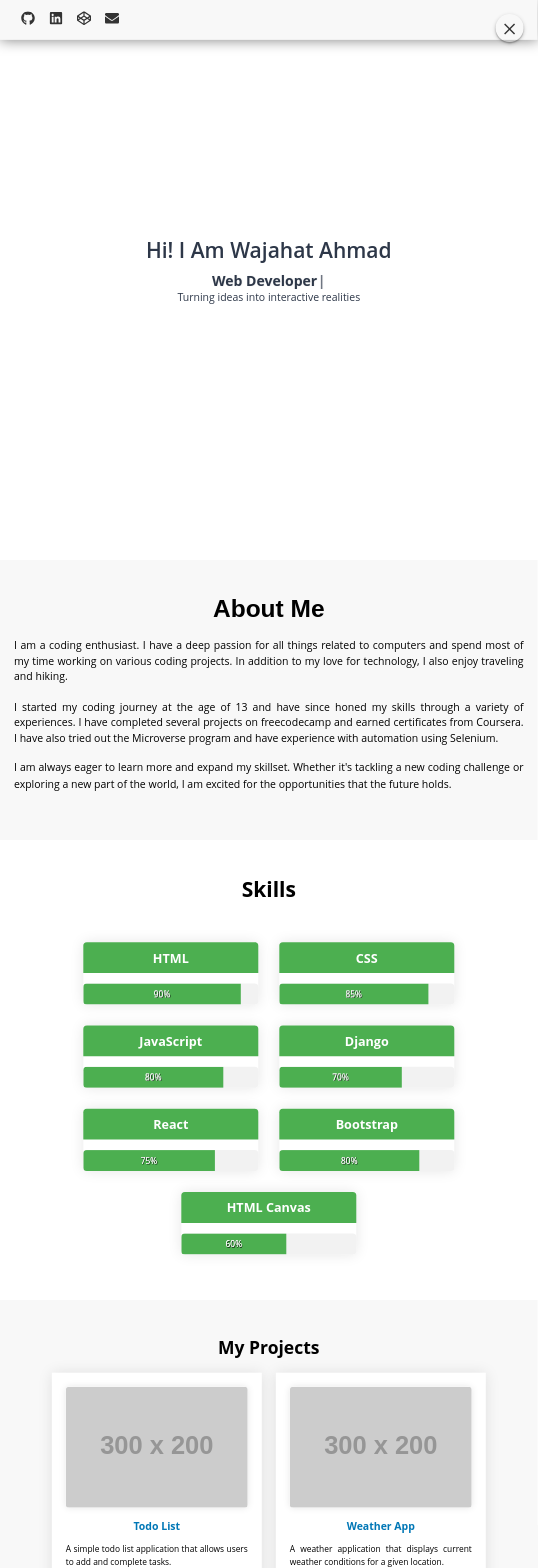
Repository: WajahatKanju/wajahatkanju.github.io
Page: /
These files come from the project's save history. The page is drawn as it stood at one moment and after the next save; the edit follows.
The browser window is 768 px wide. The pictures show the part of the page from y = 0 to 2240 px (the page is 3532 px tall), at 70% of full size.
The project was rebuilt for these pictures with package versions that can differ from the ones it lists, and the page was loaded fresh each time. Also part of the build but not shown: vite.config.js.

Above is the page before, as saved 2023-05-06 11:32:22.

### index.html
<!DOCTYPE html>
<html lang="en">
  <head>
    <meta charset="UTF-8" />
    <link rel="icon" type="image/svg+xml" href="./src/assets/favicon.svg" />
    <meta name="viewport" content="width=device-width, initial-scale=1.0" />
    <title>Wajahat Ahmad - Portfolio</title>
  </head>
  <body>
    <div id="root"></div>
    <script type="module" src="./src/main.jsx"></script>
  </body>
</html>

### src/App.jsx
import './styles/App.scss'
import Header from "./Header"
import Navigation from './Navigation'
import About from './About'
import ContactForm from './ContactForm'
import Skills from './Skills'
import Projects from './Projects'

function App() {

  return (
    <>
    <Navigation />
    <Header />
    <About />
    <Skills />
    <Projects />
    <ContactForm />
    </>
  )
}

export default App

### src/styles/App.scss
/* Reset */
*, *::before, *::after {
  margin: 0;
  padding: 0;
  box-sizing: border-box;
}

/* Set base font size */
html {
  font-size: 62.5%; /* 1rem = 10px */
}

/* Base styles */
body {
  font-family: 'Open Sans', sans-serif;
  font-size: 1.6rem; /* 16px */
  overflow-x: hidden;
}

section:nth-of-type(2n - 1){
  background-color: #F8F8F8;
}

/* Media queries */
@media screen and (max-width: 599px) {
  /* Small screens */
  body {
    font-size: 1.2rem; /* 12px */
  }
}

@media screen and (min-width: 600px) and (max-width: 991px) {
  /* Mobile and tablet styles */
  body {
    font-size: 1.4rem; /* 14px */
  }
}

@media screen and (min-width: 992px) and (max-width: 1199px) {
  /* Medium desktop styles */
  body {
    font-size: 1.8rem; /* 18px */
  }
}

@media screen and (min-width: 1200px) and (max-width: 1599px) {
  /* Large desktop styles */
  html {
    font-size: 80%; /* 1rem = 8px */
  }
  body {
    font-size: 2rem; /* 20px */
  }
}

@media screen and (min-width: 1600px) {
  /* Extra large desktop styles */
  html {
    font-size: 100%; /* 1rem = 10px */
  }
  body {
    font-size: 2.2rem; /* 22px */
  }
}

### src/Header.jsx
import { useEffect } from "react";
import Typewriter from "typewriter-effect/dist/core";
import "./styles/Header.scss";

import ImageParticleAnimation from "./ImageParticleAnimation";

function Header() {
  useEffect(() => {
    const typewriter = new Typewriter("#typewriter", {
      strings: ["Web Designer", "Web Developer", "Full Stack Developer"],
      loop: true,
      delay: 80,
      autoStart: true,
    });

    typewriter.start();
  }, []);


  return (
    <header className="header">
      <div className="header__left">
        <h1>Hi! I Am Wajahat Ahmad</h1>
        <p id="typewriter"></p>
        <h3>Turning ideas into interactive realities</h3>
      </div>
      <div className="header__right">
        <ImageParticleAnimation />
      </div>
    </header>
  );
}

export default Header;

### src/Navigation.jsx
import { useState } from 'react';
import { FaGithub, FaLinkedin, FaCodepen, FaEnvelope } from 'react-icons/fa';
import './styles/Navigation.scss';

function Navigation() {
  const [menuOpen, setMenuOpen] = useState(false);

  const handleMenuClick = () => {
    setMenuOpen(!menuOpen);
  };
  return (
    <nav className="navigation">

      <div className={`navigation__left`}>
        <a href="https://github.com/WajahatKanju" target="_blank" rel="noopener noreferrer">
          <FaGithub />
        </a>
        <a href="https://www.linkedin.com/in/wajahat-ahmad-5b493b181/" target="_blank" rel="noopener noreferrer">
          <FaLinkedin />
        </a>
        <a href="https://codepen.io/wajahatahmad" target="_blank" rel="noopener noreferrer">
          <FaCodepen />
        </a>
        <a href="mailto:wajahat5ahmad@gmail.com">
          <FaEnvelope />
        </a>
      </div>
      <ul className={`navigation__right ${menuOpen ? 'active' : ''}`}>
        <li> <a href="#">Home </a> </li>
        <li> <a href="#about">About</a></li>
        <li> <a href="#skills">Skills </a></li>
        <li> <a href="#projects">Projects </a></li>
        <li> <a href="#contact">Contact </a></li>
      </ul>
      <div className={`navigation-button ${menuOpen ? '' : 'active'}`} onClick={handleMenuClick}>
        <div className="navigation__menu-icon">
          <div className="navigation__menu-line"></div>
          <div className="navigation__menu-line"></div>
          <div className="navigation__menu-line"></div>
        </div>
      </div>
    </nav>
  );
}

export default Navigation;

### src/About.jsx
import "./styles/About.scss";

function About() {
  return (
    <section className="about"id="about">
      <div className="about__me--container">
        <h2>About Me</h2>
        <p>
          I am a coding enthusiast. I have a deep passion for all things related
          to computers and spend most of my time working on various coding
          projects. In addition to my love for technology, I also enjoy
          traveling and hiking.
        </p>
        <p>
          I started my coding journey at the age of 13 and have since honed my
          skills through a variety of experiences. I have completed several
          projects on freecodecamp and earned certificates from Coursera. I have
          also tried out the Microverse program and have experience with
          automation using Selenium.
        </p>
        <p>
          I am always eager to learn more and expand my skillset. Whether
          it&apos;s tackling a new coding challenge or exploring a new part of
          the world, I am excited for the opportunities that the future holds.
        </p>
      </div>
    </section>
  );
}

export default About;

### src/ContactForm.jsx
import { useState } from "react";

import "./styles/ContactForm.scss";

function ContactForm() {
  const [name, setName] = useState("");
  const [email, setEmail] = useState("");
  const [message, setMessage] = useState("");

  const handleSubmit = (e) => {
    e.preventDefault();
    // handle form submission logic here
  };

  return (
    <section className="contact__form">
      <div className="contact__form__container">
        <h2 className="form__header">Contact Me</h2>
        <form onSubmit={handleSubmit}>
          <label htmlFor="name">Name:</label>
          <input
            type="text"
            id="name"
            name="name"
            value={name}
            onChange={(e) => setName(e.target.value)}
            required
          />

          <label htmlFor="email">Email:</label>
          <input
            type="email"
            id="email"
            name="email"
            value={email}
            onChange={(e) => setEmail(e.target.value)}
            required
          />

          <label htmlFor="message">Message:</label>
          <textarea
            id="message"
            name="message"
            value={message}
            onChange={(e) => setMessage(e.target.value)}
            required
          />

          <button type="submit">Submit</button>
        </form>
      </div>
    </section>
  );
}

export default ContactForm;

### src/Skills.jsx
import "./styles/Skills.scss";

function Skills() {
  return (
    <section className="skills">
      <h2 className="skills__header">Skills</h2>

      <div className="skills__container">
        <div className="skill">
          <h3 className="skill__name">HTML</h3>
          <div className="skill__bar">
            <div className="skill__fill" style={{ width: "90%" }}>
              <span className="skill__percent">90%</span>
            </div>
          </div>
        </div>

        <div className="skill">
          <h3 className="skill__name">CSS</h3>
          <div className="skill__bar">
            <div className="skill__fill" style={{ width: "85%" }}>
              <span className="skill__percent">85%</span>
            </div>
          </div>
        </div>

        <div className="skill">
          <h3 className="skill__name">JavaScript</h3>
          <div className="skill__bar">
            <div className="skill__fill" style={{ width: "80%" }}>
              <span className="skill__percent">80%</span>
            </div>
          </div>
        </div>

        <div className="skill">
          <h3 className="skill__name">Django</h3>
          <div className="skill__bar">
            <div className="skill__fill" style={{ width: "70%" }}>
              <span className="skill__percent">70%</span>
            </div>
          </div>
        </div>

        <div className="skill">
          <h3 className="skill__name">React</h3>
          <div className="skill__bar">
            <div className="skill__fill" style={{ width: "75%" }}>
              <span className="skill__percent">75%</span>
            </div>
          </div>
        </div>

        <div className="skill">
          <h3 className="skill__name">Bootstrap</h3>
          <div className="skill__bar">
            <div className="skill__fill" style={{ width: "80%" }}>
              <span className="skill__percent">80%</span>
            </div>
          </div>
        </div>

        <div className="skill">
          <h3 className="skill__name">HTML Canvas</h3>
          <div className="skill__bar">
            <div className="skill__fill" style={{ width: "60%" }}>
              <span className="skill__percent">60%</span>
            </div>
          </div>
        </div>
      </div>
    </section>
  );
}

export default Skills;

### src/Projects.jsx
import './styles/Projects.scss';

const Projects = () => {
  const projects = [
    {
      id: 1,
      title: 'Todo List',
      description: 'A simple todo list application that allows users to add and complete tasks.',
      image: 'https://via.placeholder.com/300x200',
      link: 'https://www.example.com/todolist'
    },
    {
      id: 2,
      title: 'Weather App',
      description: 'A weather application that displays current weather conditions for a given location.',
      image: 'https://via.placeholder.com/300x200',
      link: 'https://www.example.com/weatherapp'
    },
    {
      id: 3,
      title: 'E-commerce Store',
      description: 'An online store that allows users to browse and purchase products.',
      image: 'https://via.placeholder.com/300x200',
      link: 'https://www.example.com/ecommerce'
    },
    {
      id: 4,
      title: 'Recipe App',
      description: 'A recipe application that displays a list of recipes and allows users to search and filter them.',
      image: 'https://via.placeholder.com/300x200',
      link: 'https://www.example.com/recipeapp'
    }
  ];

  return (
    <section className="projects" id="projects">
      <h2>My Projects</h2>
      <div className="project-list">
        {projects.map(project => (
          <div className="project" key={project.id}>
            <img src={project.image} alt={project.title} />
            <h3>{project.title}</h3>
            <p>{project.description}</p>
            <a href={project.link}>View Project</a>
          </div>
        ))}
      </div>
    </section>
  );
};

export default Projects;

### src/styles/Header.scss
.header {
  display: flex;
  padding: 2rem 5rem;

  justify-content: space-around;
  align-items: center;
  min-height: 100vh;
  color: #2d3748;
  position: relative;
  z-index: 10;
  flex: 1 1 auto;


  img{
    display: block;

  }

  &__left {
    h1 {
      font-size: 3rem;
      font-weight: 600;
      text-align: center;
      margin-bottom: 1rem;

      span {
        display: inline-block;

        &.animate__bounce:hover {
          animation-name: jelly;
          animation-duration: 1s;
          animation-fill-mode: both;
          animation-iteration-count: infinite;
        }
      }
    }

    h3 {
      font-size: 1.5rem;
      font-weight: 400;
      text-align: center;
      margin-bottom: 3rem;
    }

    #typewriter {
      text-align: center;
      font-size: 2rem;
      font-weight: bold;
      text-shadow: 0.0625rem 0.0625rem 0.1875rem rgba(0, 0, 0, 0.1);
    }
  }

  &__right{
      display: flex;
      justify-content: center;
      align-items: center;
      flex: 1 1 auto;
  }

  @media screen and (max-width: 768px) {
    flex-direction: row;
    justify-content: center;
    align-items: center;
    min-height: 100vh;
    padding: 2rem 5rem;

    &__left {
      margin-bottom: 0;

      h1 {
        text-align: center;

      }

      h3 {
        text-align: center;
      }

      #typewriter {
        text-align: center;
      }
    }

    &__right {
      display: none;
    }
  }
}


@keyframes jelly {
  0%,
  100% {
    transform: scale(1);
  }
  25% {
    transform: scale(0.9, 1.1);
  }
  50% {
    transform: scale(1.1, 0.9);
  }
  75% {
    transform: scale(0.95, 1.05);
  }
}

### src/ImageParticleAnimation.jsx
import { useEffect, useRef } from "react";
import cartoonMe from "./assets/cartoon.png";

export default function ImageParticleAnimation() {

  // eslint-disable-next-line react-hooks/exhaustive-deps
  const png = new Image();
  png.src = cartoonMe;
  const canvasRef = useRef();

  useEffect(() => {
    const canvas = canvasRef.current;
    const ctx = canvas.getContext("2d");

    canvas.width = innerWidth;
    canvas.height = innerHeight;

    let particleArray = [];

    let mouse = {
      x: null,
      y: null,
      radius: 120,
    };

    window.addEventListener("mousemove", (event) => {
      mouse.x = event.x + canvas.clientLeft / 2;
      mouse.y = event.y + canvas.clientTop / 2;
    });

    function drawImage() {
      let imageWidth = png.width;
      let imageHeight = png.height;
      ctx.drawImage(png, innerWidth / 2, innerHeight / 2);
      const data = ctx.getImageData(0, 0, imageWidth, imageHeight);
      ctx.clearRect(0, 0, canvas.width, canvas.height);

      class Particle {
        constructor(x, y, color, size=1) {
          this.baseX = x + (canvas.width * 0.75 ) - png.width * 2;
          this.baseY = y + (canvas.height * 0.45 ) - png.height * 2;

          this.x = this.baseX + Math.random() * 200 - 25 ;
          this.y = this.baseY + Math.random() * 200 - 25 ;

          this.color = color;
          this.size = size;

          this.density = Math.random() * 10 + 2;
        }

        draw() {
          ctx.fillStyle = this.color;
          ctx.beginPath();
          ctx.arc(this.x, this.y, this.size * 10, 0, Math.PI * 2);
          ctx.closePath();
          ctx.fill();
        }

        update() {
          let dx = mouse.x - this.x;
          let dy = mouse.y - this.y;
          let distance = Math.sqrt(dx * dx + dy * dy);
          let forceDirectionX = dx / distance;
          let forceDirectionY = dy / distance;

          const maxDistance = 100;
          let force = (maxDistance - distance) / (maxDistance * 0.5);
          if (force < 0) force = 0;

          let directionX = forceDirectionX * force * this.density * 0.6;
          let directionY = forceDirectionY * force * this.density * 0.6;

          if (distance < mouse.radius + this.size) {
            this.x -= directionX;
            this.y -= directionY;
          } else {
            if (this.x != this.baseX) {
              let dx = this.x - this.baseX;
              this.x -= dx / 25;
            }
            if (this.y != this.baseY) {
              let dy = this.y - this.baseY;
              this.y -= dy / 25;
            }
          }

          this.draw();
        }
      }

      function init() {
        particleArray = [];

        for (let y = 0, y2 = data.height; y < y2; y++) {
          for (let x = 0, x2 = data.width; x < x2; x++) {
            if (data.data[y * 4 * data.width + x * 4 + 3] > 128) {
              let positionX = x;
              let positionY = y;
              let color = `rgb(${data.data[y * 4 * data.width + x * 4]}, ${
                data.data[y * 4 * data.width + x * 4 + 1]
              }, ${data.data[y * 4 * data.width + x * 4 + 2]} )`;

              particleArray.push(new Particle(positionX * 4 , positionY* 4, color , 0.25));
            }
          }
        }
      }

      function animate() {
        requestAnimationFrame(animate);
        ctx.fillStyle = "rgba(255,255,255, 0.5)";


        ctx.fillRect(0, 0, innerWidth, innerHeight);

        for (let i = 0; i < particleArray.length; i++) {
          particleArray[i].update();
        }
      }
      init();
      animate();

      window.addEventListener("resize", () => {
        canvas.width = innerWidth;
        canvas.height = innerHeight;
        init();
      });
    }

    png.onload = () => {
      console.log("Image loaded");
      ctx.drawImage(png, 0, 0);
      drawImage();
    };
  }, [png]);

  return (
    <>
      <canvas
        ref={canvasRef}
        id="canvas"
        style={{ position: "absolute", top: "0", left: "0", zIndex: '-1', maxWidth: '100vw', maxHeight: '100%' }}
      ></canvas>
    </>
  );
}

### src/styles/About.scss
.about {
  padding: 5rem 0;
  display: flex;
  justify-content: center;

  &__me--container {
    max-width: 800px;
    width: 100%;
    margin: 0 2rem;
  }

  h2 {
    font-family: 'Montserrat', sans-serif;
    font-size: 3.5rem;
    margin-bottom: 2rem;
    text-align: center;
    transition: all 0.3s ease;
  }

  h2:hover {
    color: #FF8C00;
    transform: scale(1.05);
  }

  p {
    font-family: 'Open Sans', sans-serif;
    font-size: 1.5rem;
    line-height: 1.5;
    margin-bottom: 2rem;
    text-align: justify;
  }
}

### src/styles/ContactForm.scss
.contact__form {
  display: flex;
  justify-content: center;
  align-items: center;
  height: 100vh;

  .contact__form__container {
    max-width: 600px;
    width: 100%;
    padding: 3rem;
    border-radius: 10px;
    box-shadow: 0 0 20px rgba(0, 0, 0, 0.1);

    .form__header {
      font-size: 2.5rem;
      font-weight: 700;
      text-align: center;
      margin-bottom: 2rem;
    }

    form {
      display: flex;
      flex-direction: column;

      label {
        font-size: 1.2rem;
        font-weight: 500;
        margin-bottom: 0.5rem;
      }

      input,
      textarea {
        padding: 1rem;
        font-size: 1rem;
        border-radius: 5px;
        border: none;
        margin-bottom: 1.5rem;
        box-shadow: 0 0 5px rgba(0, 0, 0, 0.1);
        transition: box-shadow 0.3s ease-in-out;

        &:focus {
          outline: none;
          box-shadow: 0 0 10px rgba(0, 0, 0, 0.2);
        }
      }

      textarea {
        resize: none;
        height: 150px;
      }

      button[type="submit"] {
        background-color: #4caf50;
        color: #fff;
        font-size: 1.2rem;
        padding: 1rem 2rem;
        border: none;
        border-radius: 5px;
        cursor: pointer;
        transition: background-color 0.3s ease-in-out;

        &:hover {
          background-color: #3e8e41;
        }
      }
    }
  }
}

### src/styles/Skills.scss
.skills {
  padding: 5rem 0;

  &__header {
    font-size: 3rem;
    text-align: center;
    margin-bottom: 4rem;
  }

  &__container {
    display: flex;
    flex-wrap: wrap;
    justify-content: center;
  }

  .skill {
    width: 250px;
    margin: 1.5rem;
    text-align: center;
    border-radius: 5px;
    background-color: #fff;
    box-shadow: 0 0 20px rgba(0, 0, 0, 0.1);
    transition: transform 0.3s ease-in-out;

    &:hover {
      transform: translateY(-25px) scale(1.06);
    }

    &__name {
      font-size: 1.8rem;
      margin-bottom: 1.5rem;
      padding: 1rem;
      background-color: #4caf50;
      color: #fff;
      border-top-left-radius: 5px;
      border-top-right-radius: 5px;
    }

    &__bar {
      height: 30px;
      border-radius: 5px;
      background-color: #f2f2f2;
      overflow: hidden;
      position: relative;
    }

    &__fill {
      position: absolute;
      top: 0;
      left: 0;
      bottom: 0;
      background-color: #4caf50;
      width: 0;
      transition: width 1s ease-in-out;
      display: flex;
      justify-content: center;
      align-items: center;

      &::before {
        content: "";
        position: absolute;
        top: 50%;
        left: 50%;
        transform: translate(-50%, -50%);
        font-size: 1.2rem;
        color: #fff;
        text-shadow: 1px 1px rgba(0, 0, 0, 0.5);
      }
    }

    &__percent {
      font-size: 1.2rem;
      color: #fff;
      text-shadow: 1px 1px rgba(0, 0, 0, 0.5);
    }
  }

  // Set the width of the fill bar based on the percentage
  .skill:nth-child(1) .skill__fill {
    width: 90%;
    &::before {
      content: "90%";
    }
  }

  .skill:nth-child(2) .skill__fill {
    width: 85%;
    &::before {
      content: "85%";
    }
  }

  .skill:nth-child(3) .skill__fill {
    width: 80%;
    &::before {
      content: "80%";
    }
  }

  .skill:nth-child(4) .skill__fill {
    width: 70%;
    &::before {
      content: "70%";
    }
  }

  .skill:nth-child(5) .skill__fill {
    width: 75%;
    &::before {
      content: "75%";
    }
  }

  .skill:nth-child(6) .skill__fill {
    width: 80%;
    &::before {
      content: "80%";
    }
  }

  .skill:nth-child(7) .skill__fill {
    width: 60%;
    &::before {
      content: "60%";
    }
  }
}

### src/styles/Projects.scss
.projects {
  padding: 5rem 0;

  h2 {
    font-size: 2.5rem;
    margin-bottom: 2rem;
    text-align: center;
  }

  .project-list {
    display: flex;
    flex-wrap: wrap;
    justify-content: center;
    gap: 2rem;

    .project {
      background-color: #fff;
      box-shadow: 0 0 20px rgba(0, 0, 0, 0.1);
      padding: 2rem;
      width: 300px;
      display: flex;
      flex-direction: column;
      align-items: center;
      transition: transform 0.2s ease-in-out;

      &:hover {
        transform: translateY(-5px);
      }

      img {
        width: 100%;
        max-width: 300px;
        height: auto;
        margin-bottom: 1.5rem;
        border-radius: 5px;
        box-shadow: 0 0 10px rgba(0, 0, 0, 0.1);
        transition: transform 0.2s ease-in-out;

        &:hover {
          transform: scale(1.05);
        }
      }

      h3 {
        font-size: 1.5rem;
        margin-bottom: 1.5rem;
        text-align: center;
        color: #0077b6;
        text-shadow: 1px 1px 0 #fff;
      }

      p {
        font-size: 1.2rem;
        line-height: 1.5;
        margin-bottom: 1.5rem;
        text-align: justify;
      }

      a {
        font-size: 1.2rem;
        background-color: #0077b6;
        color: #fff;
        text-decoration: none;
        padding: 0.5rem 1rem;
        border-radius: 5px;
        transition: background-color 0.3s ease;

        &:hover {
          background-color: #023e8a;
        }
      }
    }
  }
}

Loaded but not shown: src/main.jsx (common file); src/styles/Navigation.scss (273 lines, source omitted)

After the next save:
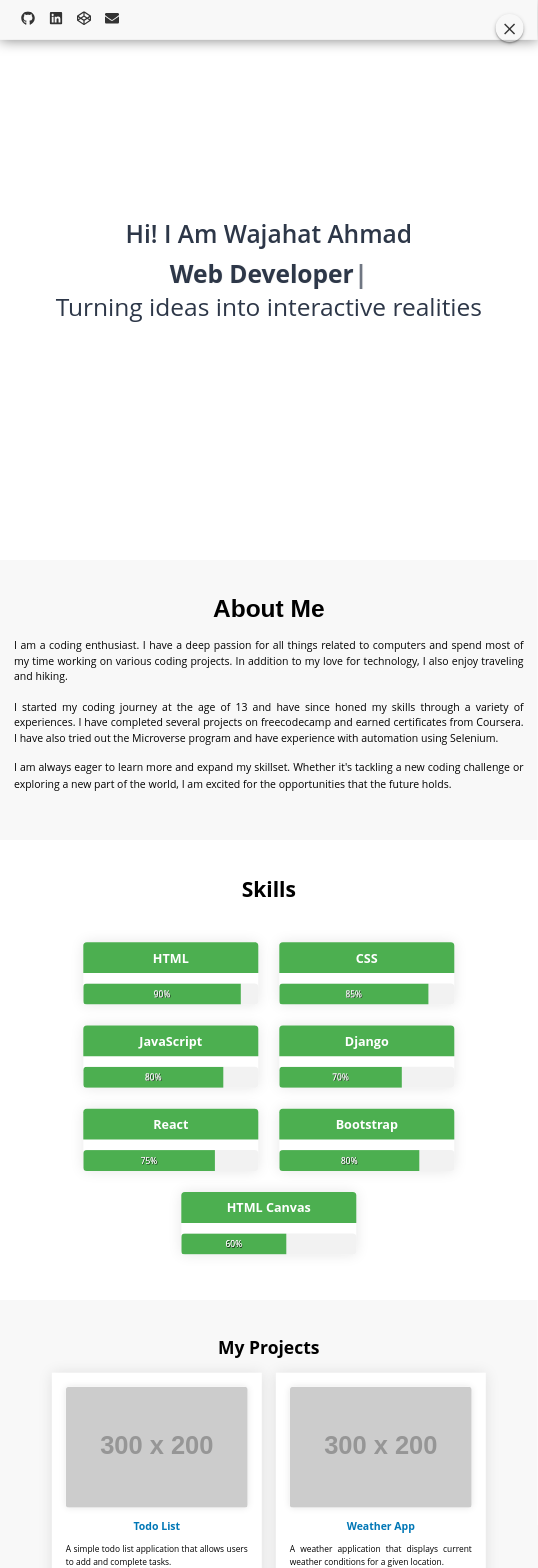
Saved 9 s later.
--- a/src/styles/Header.scss
+++ b/src/styles/Header.scss
@@ -69,15 +69,18 @@
 
       h1 {
         text-align: center;
+        font-size: 3.5rem;
 
       }
 
       h3 {
         text-align: center;
+        font-size: 3.5rem;
       }
 
       #typewriter {
         text-align: center;
+        font-size: 3.5rem;
       }
     }
 
